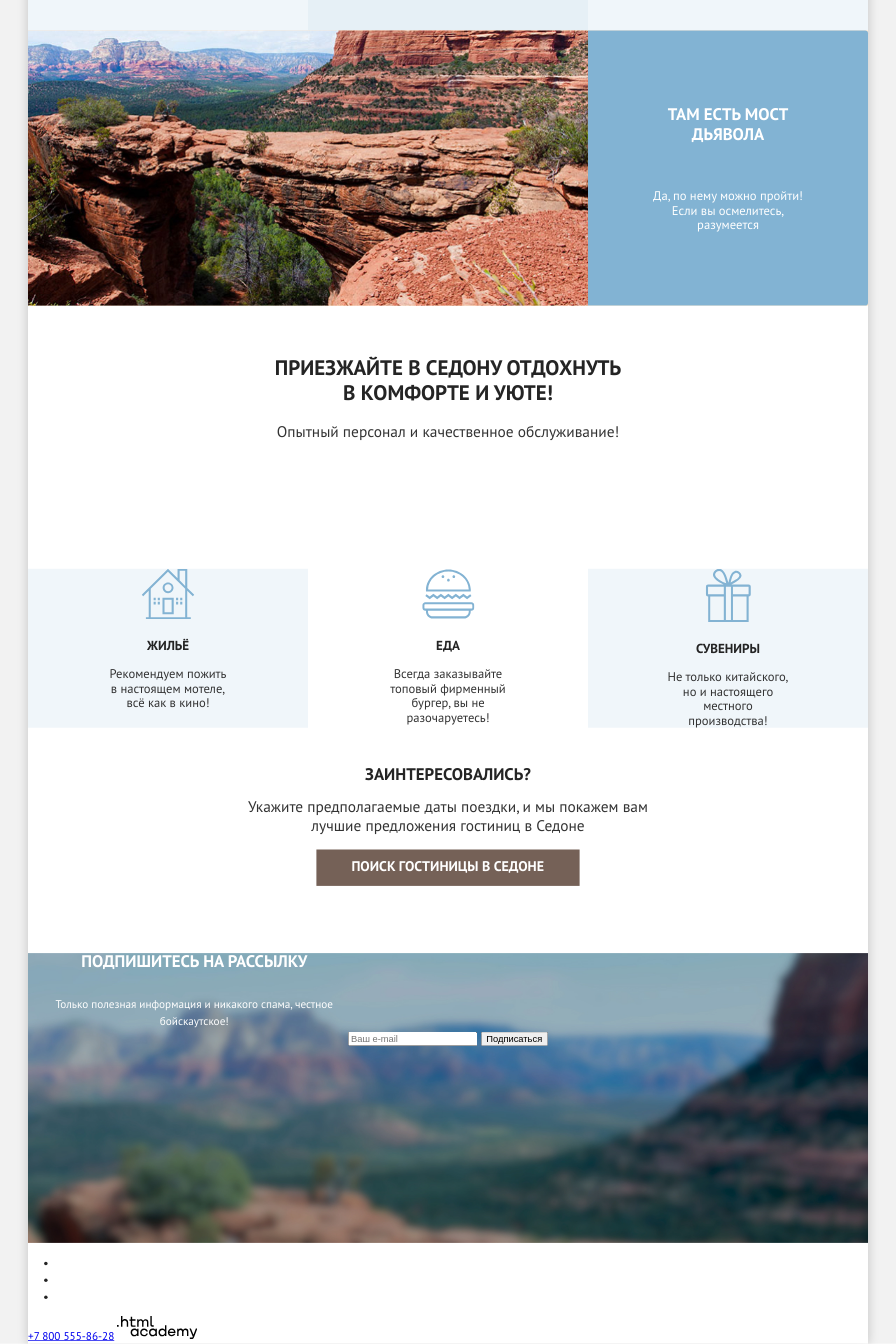
Repository: zakhgagne/2512253-sedona-1
Page: index.html
These files come from the project's save history. The page is drawn as it stood at one moment and after the next save; the edit follows.
The browser window is 1280 px wide. The pictures show the part of the page from y = 1551 to 3471 px (the page is 3471 px tall), at 70% of full size.

Above is the page before, as saved 2024-05-11 20:06:58.

After the next save:
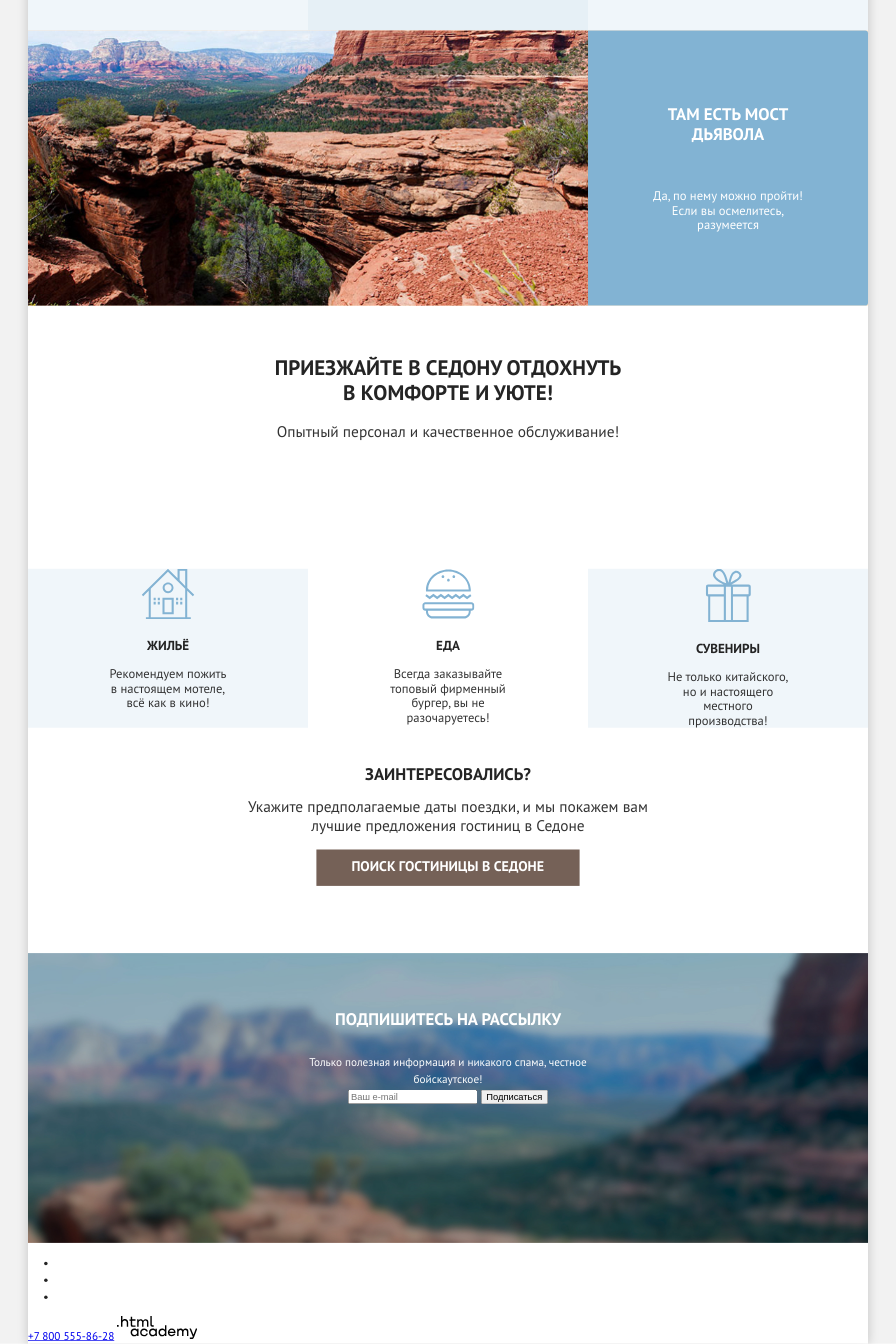
Saved 109 s later.
--- a/styles/styles.css
+++ b/styles/styles.css
@@ -363,14 +363,15 @@ body {
   order: 0;
   flex-grow: 0;
 }
+
 .container-letter {
-/* Frame 29 */
+  /* Frame 29 */
 
   /* Auto layout */
   display: flex;
   flex-direction: column;
   align-items: center;
-  padding: 0px;
+  padding: 0 px;
   gap: 20px;
 
   width: 475px;
@@ -381,5 +382,7 @@ body {
   flex: none;
   order: 0;
   flex-grow: 0;
-color: #FFFFFF;
-}
+  color: #FFFFFF;
+  margin: 0 auto 0;
+  padding-top: 83px;
+}
